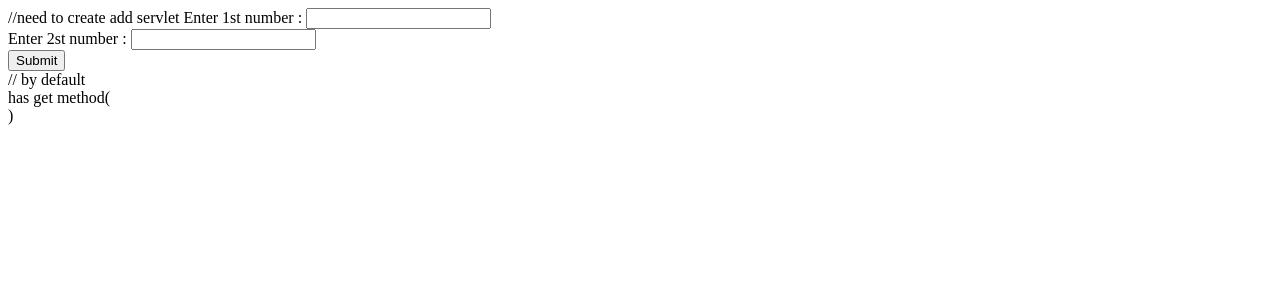
Repository: PriyankaGundawar/Servlets-examples
Page: ServletsDemo/ServletDemo/src/main/webapp/Demo1.html
An editor plug-in stored every save of this project. The page is shown before and after the next save, followed by the edit.
The browser window is 1280 px wide. The pictures show the whole page.

Above is the page before, as saved 2023-04-06 22:06:43.

### ServletsDemo/ServletDemo/src/main/webapp/Demo1.html
<!DOCTYPE html>
<html>
<body>

<form action="add"> //need to create add servlet

Enter 1st number : <input type="text" name="num1"><br>
Enter 2st number : <input type="text" name="num2"><br>
<input type="Submit">
</form>

</body>
</html>

// by default <form action="add">  has get method(<form action="add" method="get""></form>)

After the next save:
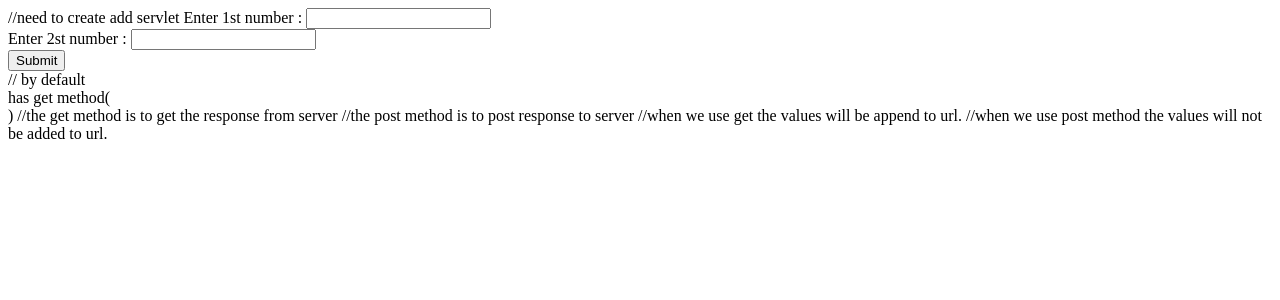
Saved 90 s later.
--- a/ServletsDemo/ServletDemo/src/main/webapp/Demo1.html
+++ b/ServletsDemo/ServletDemo/src/main/webapp/Demo1.html
@@ -13,3 +13,8 @@ Enter 2st number : <input type="text" name="num2"><br>
 </html>
 
 // by default <form action="add">  has get method(<form action="add" method="get""></form>)
+//the get method is to get the response from server
+//the post method is to post response to server
+
+//when we use get the values will be append to url.
+//when we use post method the values will not be added to url.
